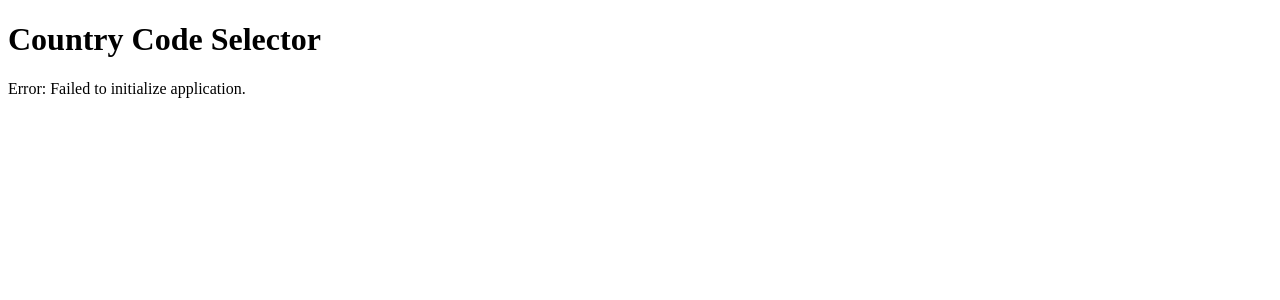
Repository: shkuropatenko/Country-Code-Selector
Page: /
These files come from the project's save history. The page is drawn as it stood at one moment and after the next save; the edit follows.
The browser window is 1280 px wide. The pictures show the whole page.
The page's requests for data from a server got no answer. The project was rebuilt for these pictures with package versions that can differ from the ones it lists, and the page was loaded fresh each time. No one was signed in, and anything a server would have sent is missing. Also part of the build but not shown: src/components/PhoneNumberInput/PhoneNumberInput.tsx.

Above is the page before, as saved 2024-09-26 20:41:49.

After the next save:
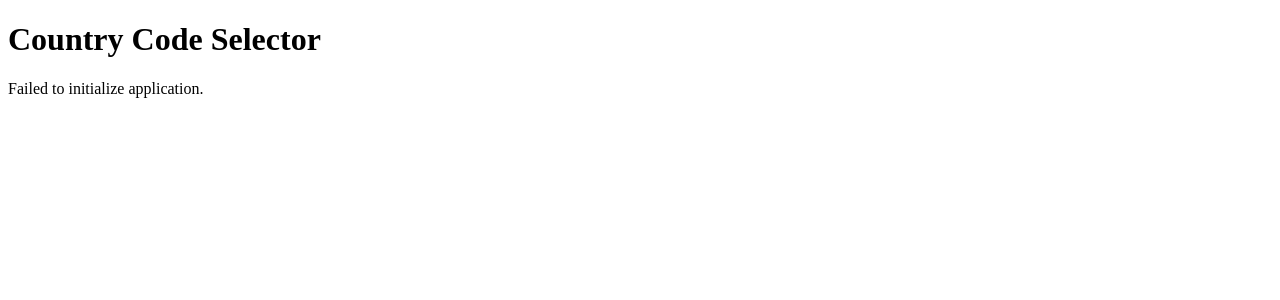
Saved 17 h 25 min later.
--- a/src/components/CountrySelector/CountrySelector.tsx
+++ b/src/components/CountrySelector/CountrySelector.tsx
@@ -7,34 +7,33 @@
 const CountrySelector: React.FC = () => {
   const { countries, loading, error } = useContext(AppContext);
   const methods = useForm();
+  const { handleSubmit, watch, setValue } = methods;
 
-  if (loading) {
-    return <div>Loading...</div>;
-  }
+  // Watch selected country
+  const selectedCountry = watch("country");
 
-  if (error) {
-    return <div>Error: {error}</div>;
-  }
+  const onSubmit = async (data: any) => {
+    const phoneNumber = data.phoneNumber;
+    const countryId = data.country;
+    // Call your sendTwoFactorAuth function here
+    console.log(`Sending phoneNumber: ${phoneNumber}, countryId: ${countryId}`);
+  };
 
-  const countryArray = Object.values(countries);
-  const onSubmit = (data: any) => {
-    console.log("Form Data: ", data);
-  };
+  if (loading) return <p>Loading...</p>;
+  if (error) return <p>{error}</p>;
 
   return (
     <FormProvider {...methods}>
-      <form onSubmit={methods.handleSubmit(onSubmit)}>
-        <div>
-          <label htmlFor="country">Select Country:</label>
-          <select id="country" {...methods.register("country")}>
-            {countryArray.map((country) => (
-              <option key={country.id} value={country.id}>
-                {country.name} {country.calling_code}
-              </option>
-            ))}
-          </select>
-        </div>
-        <PhoneNumberInput mask="(999) 999-9999" />
+      <form onSubmit={handleSubmit(onSubmit)}>
+        <label htmlFor="country">Select Country:</label>
+        <select id="country" {...methods.register("country")}>
+          {countries.map((country) => (
+            <option key={country.id} value={country.id}>
+              {country.name} (+{country.calling_code})
+            </option>
+          ))}
+        </select>
+        <PhoneNumberInput mask={"(000) 000-0000"} />
         <button type="submit">Submit</button>
       </form>
     </FormProvider>

After the 2 saves that followed:
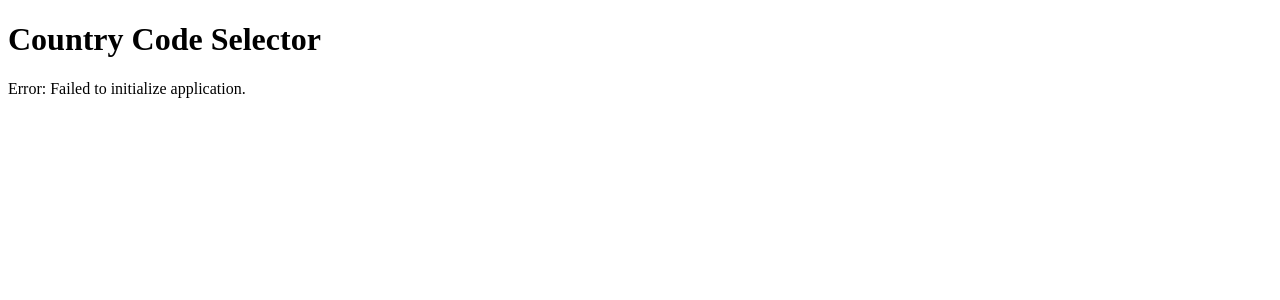
The 2 saves are shown as one change because they came seconds apart.
The last was saved 52 s later.
--- a/src/components/CountrySelector/CountrySelector.tsx
+++ b/src/components/CountrySelector/CountrySelector.tsx
@@ -7,33 +7,34 @@
 const CountrySelector: React.FC = () => {
   const { countries, loading, error } = useContext(AppContext);
   const methods = useForm();
-  const { handleSubmit, watch, setValue } = methods;
 
-  // Watch selected country
-  const selectedCountry = watch("country");
+  if (loading) {
+    return <div>Loading...</div>;
+  }
 
-  const onSubmit = async (data: any) => {
-    const phoneNumber = data.phoneNumber;
-    const countryId = data.country;
-    // Call your sendTwoFactorAuth function here
-    console.log(`Sending phoneNumber: ${phoneNumber}, countryId: ${countryId}`);
+  if (error) {
+    return <div>Error: {error}</div>;
+  }
+
+  const countryArray = Object.values(countries);
+  const onSubmit = (data: any) => {
+    console.log("Form Data: ", data);
   };
-
-  if (loading) return <p>Loading...</p>;
-  if (error) return <p>{error}</p>;
 
   return (
     <FormProvider {...methods}>
-      <form onSubmit={handleSubmit(onSubmit)}>
-        <label htmlFor="country">Select Country:</label>
-        <select id="country" {...methods.register("country")}>
-          {countries.map((country) => (
-            <option key={country.id} value={country.id}>
-              {country.name} (+{country.calling_code})
-            </option>
-          ))}
-        </select>
-        <PhoneNumberInput mask={"(000) 000-0000"} />
+      <form onSubmit={methods.handleSubmit(onSubmit)}>
+        <div>
+          <label htmlFor="country">Select Country:</label>
+          <select id="country" {...methods.register("country")}>
+            {countryArray.map((country) => (
+              <option key={country.id} value={country.id}>
+                {country.name} {country.calling_code}
+              </option>
+            ))}
+          </select>
+        </div>
+        <PhoneNumberInput mask="(999) 999-9999" />
         <button type="submit">Submit</button>
       </form>
     </FormProvider>
